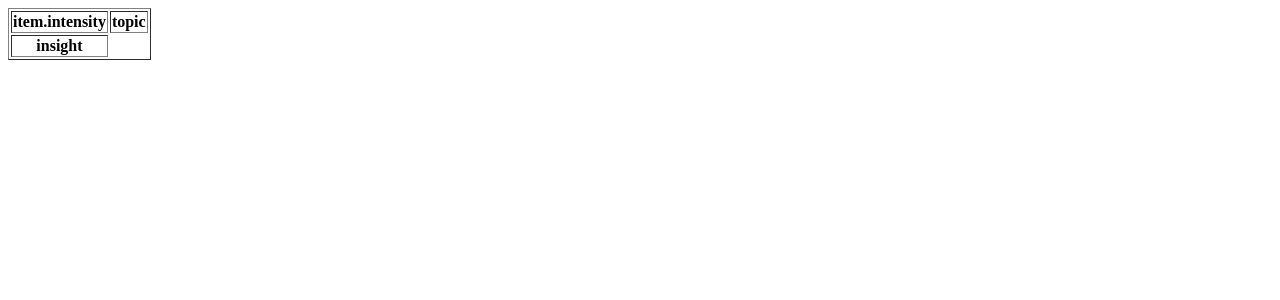
Repository: vijayholve/data-assignment
Page: http://localhost/
An editor plug-in stored every save of this project. The page is shown before and after the next save, followed by the edit.
The browser window is 1280 px wide. The pictures show the whole page.
The page is served by the project's application, run on Django 5.2 (manage.py). Other server files are loaded and not shown. Queries for data that is not in the repository find no rows.

Above is the page before, as saved 2024-07-07 20:43:26.

### templates/base/home.html
<html>
    <body>
     <table border="1">
        <thead>
            <tr>
                <th>item.intensity</th>
                    <th>topic</tr>
                        <th>insight</th>
            </tr>
        </thead>
        <tbody>
     {% for item in data  %}
        <tr>
            <td>{{item.intensity}}</td>
            <td>{{item.topic}}</tr>
            <td>{{item.insight}}</td>
        </tr>
    {% endfor %}
        </tbody>
</table>
    </body>
</html>

### app/views.py
from django.shortcuts import render
from .models import DataPoint
def home(request):
    data=DataPoint.objects.all()
    context={"data":data}
    return render(request,"base/home.html",context)

### assignment/urls.py
from django.contrib import admin
from django.urls import path,include

urlpatterns = [
    path('admin/', admin.site.urls),
    path("",include('app.urls')),
]

### app/urls.py
from django.urls import path, include
from . import views

urlpatterns = [
    path("",views.home,name="home"),
]

After the next save:
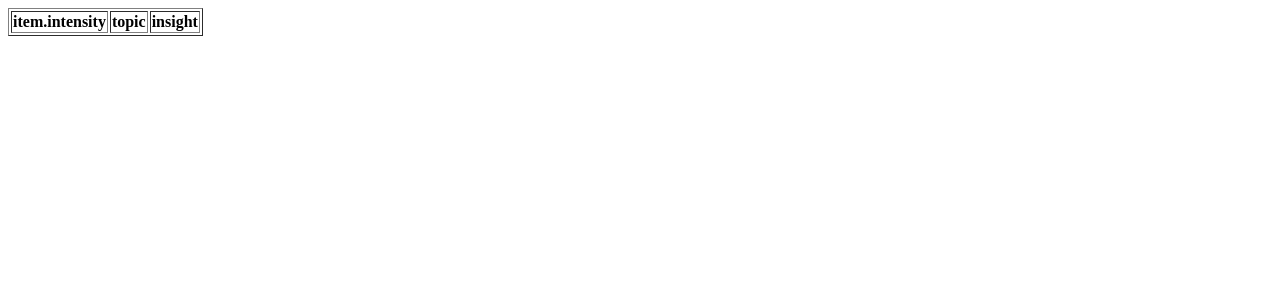
Saved 5 s later.
--- a/templates/base/home.html
+++ b/templates/base/home.html
@@ -4,7 +4,7 @@
         <thead>
             <tr>
                 <th>item.intensity</th>
-                    <th>topic</tr>
+                    <th>topic</th>
                         <th>insight</th>
             </tr>
         </thead>
